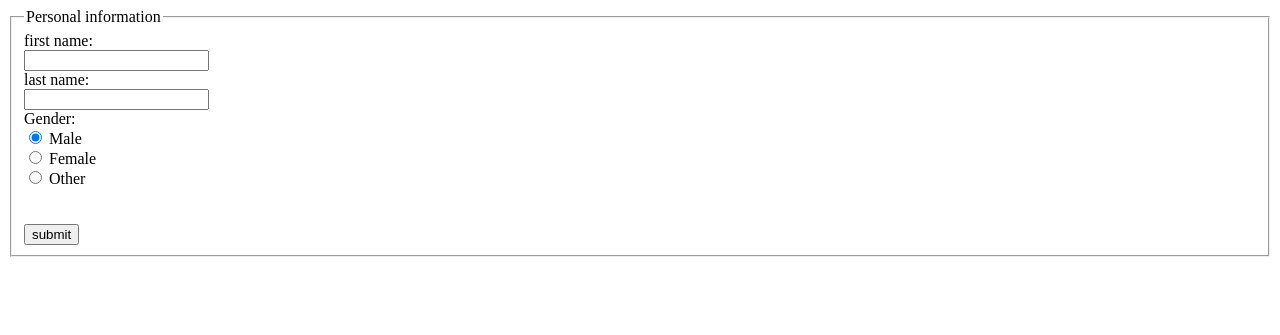
Repository: dhanush199/ServletProject
Page: LoginRegistrationApp/WebContent/index.html
The author's editor kept a copy of each file at every save. The page is drawn from the files as they stood at one save, then again after the next save.
The browser window is 1280 px wide. The pictures show the whole page.

Above is the page before, as saved 2019-01-22 06:46:31.

After the next save:
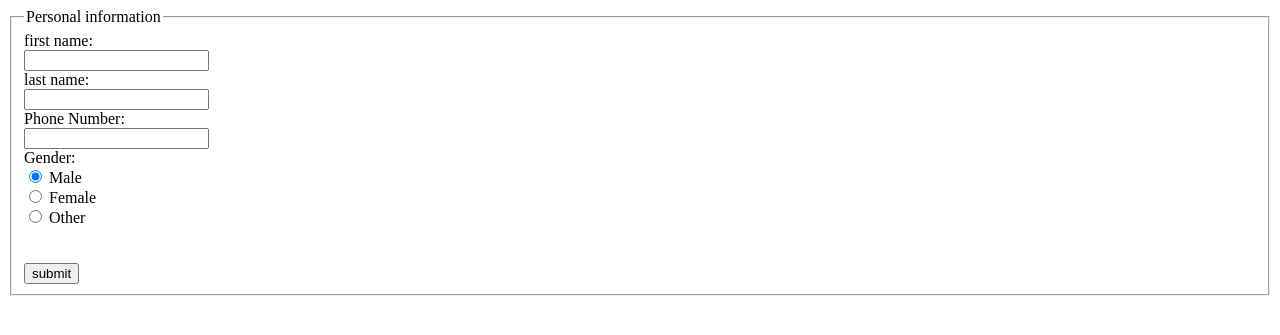
Saved 54 s later.
--- a/LoginRegistrationApp/WebContent/index.html
+++ b/LoginRegistrationApp/WebContent/index.html
@@ -12,6 +12,9 @@ first name:<br>
 <input type:"text" name="email"><br>
 last name:<br>
 <input type:"text" name="password"><br>
+Phone Number:<br>
+<input type:"text" name="phoneNumber"><br>
+
 Gender:<br>
 <input type="radio" name="gender" value="male" checked> Male<br>
 <input type="radio" name="gender" value="female"> Female<br>
